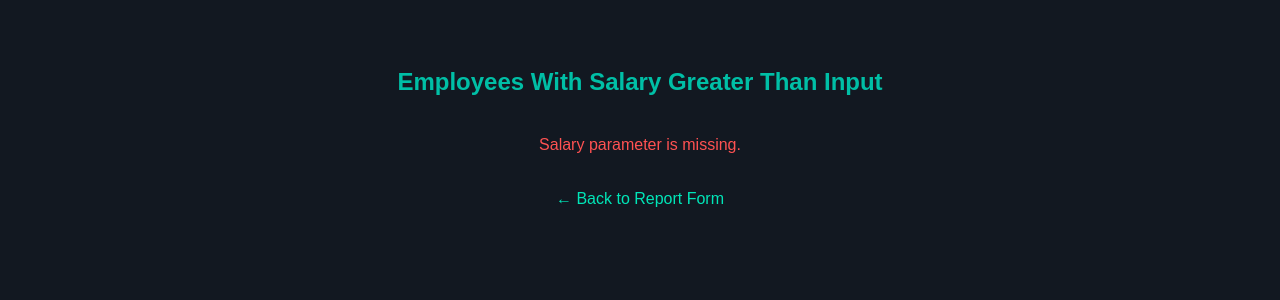
Repository: KUSUMA-74/Advance-JavaProject
Page: http://localhost/EmployeeWebApp/report_result.jsp
These files come from the project's save history. The page is drawn as it stood at one moment and after the next save; the edit follows.
The browser window is 1280 px wide. The pictures show the whole page.
The page is served by Tomcat 9. Other server files are loaded and not shown.

Above is the page before, as saved 2025-05-30 15:15:55.

### EmployeeWebApp/src/main/webapp/report_result.jsp
<%@ page contentType="text/html;charset=UTF-8" language="java" %>
<%@ page import="java.sql.*" %>
<!DOCTYPE html>
<html>
<head>
    <title>Employee Salary Report</title>
    <style>
        body {
            background-color: #121821;
            color: #e0e6e9;
            font-family: Arial, sans-serif;
            padding: 40px;
            display: flex;
            flex-direction: column;
            align-items: center;
        }
        h2 {
            color: #00bfa6;
        }
        table {
            border-collapse: collapse;
            width: 90%;
            background-color: #1e2a38;
            margin-top: 20px;
            box-shadow: 0 4px 12px rgba(0,0,0,0.3);
        }
        th, td {
            padding: 12px;
            text-align: center;
            border-bottom: 1px solid #2e3c50;
        }
        th {
            background-color: #00bfa6;
            color: black;
        }
        td {
            color: #e0e6e9;
        }
        a {
            margin-top: 20px;
            color: #00e6b8;
            text-decoration: none;
        }
        .error {
            margin-top: 20px;
            color: #ff5252;
        }
    </style>
</head>
<body>
    <h2>Employees With Salary Greater Than Input</h2>

<%
    String salaryStr = request.getParameter("salary");
    String dbURL = "jdbc:mysql://localhost:3306/employee_db?useSSL=false&serverTimezone=UTC";
    String dbUser = "root";
    String dbPass = ""; // Replace with your actual MySQL password

    if (salaryStr == null || salaryStr.trim().isEmpty()) {
%>
        <p class="error">Salary parameter is missing.</p>
<%
    } else {
        try {
            double salary = Double.parseDouble(salaryStr);
            Class.forName("com.mysql.cj.jdbc.Driver");
            Connection conn = DriverManager.getConnection(dbURL, dbUser, dbPass);
            String query = "SELECT * FROM employees WHERE bsalary > ?";
            PreparedStatement stmt = conn.prepareStatement(query);
            stmt.setDouble(1, salary);
            ResultSet rs = stmt.executeQuery();

            boolean recordsFound = false;

%>
    <table>
        <tr>
            <th>Emp No</th>
            <th>Name</th>
            <th>Date of Joining</th>
            <th>Gender</th>
            <th>Basic Salary</th>
        </tr>
<%
            while (rs.next()) {
                recordsFound = true;
%>
        <tr>
            <td><%= rs.getInt("empno") %></td>
            <td><%= rs.getString("empname") %></td>
            <td><%= rs.getDate("doj") %></td>
            <td><%= rs.getString("gender") %></td>
            <td><%= rs.getDouble("bsalary") %></td>
        </tr>
<%
            }

            if (!recordsFound) {
%>
        <tr>
            <td colspan="5" class="error">No employees found with salary greater than <%= salary %>.</td>
        </tr>
<%
            }

            rs.close();
            stmt.close();
            conn.close();

        } catch (NumberFormatException e) {
%>
        <p class="error">Invalid salary value provided.</p>
<%
        } catch (Exception e) {
%>
        <p class="error">Error: <%= e.getMessage() %></p>
<%
        }
    }
%>

    <a href="report_form.jsp">← Back to Report Form</a>
</body>
</html>

After the next save:
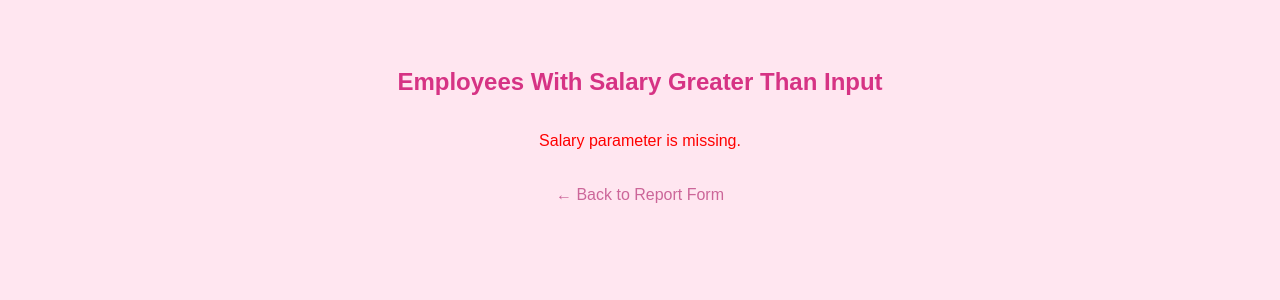
Saved 11 s later.
--- a/EmployeeWebApp/src/main/webapp/report_result.jsp
+++ b/EmployeeWebApp/src/main/webapp/report_result.jsp
@@ -3,11 +3,11 @@
 <!DOCTYPE html>
 <html>
 <head>
-    <title>Employee Salary Report</title>
+    <title>Salary Report</title>
     <style>
         body {
-            background-color: #121821;
-            color: #e0e6e9;
+            background-color: #ffe6f0;
+            color: #5a2a41;
             font-family: Arial, sans-serif;
             padding: 40px;
             display: flex;
@@ -15,35 +15,34 @@
             align-items: center;
         }
         h2 {
-            color: #00bfa6;
+            color: #d63384;
         }
         table {
             border-collapse: collapse;
             width: 90%;
-            background-color: #1e2a38;
+            background-color: #fff0f5;
             margin-top: 20px;
-            box-shadow: 0 4px 12px rgba(0,0,0,0.3);
+            box-shadow: 0 4px 12px rgba(0,0,0,0.2);
         }
         th, td {
             padding: 12px;
             text-align: center;
-            border-bottom: 1px solid #2e3c50;
+            border: 1px solid #ffb3d1;
         }
         th {
-            background-color: #00bfa6;
-            color: black;
+            background-color: #ff99cc;
+            color: white;
         }
         td {
-            color: #e0e6e9;
+            color: #5a2a41;
         }
         a {
             margin-top: 20px;
-            color: #00e6b8;
+            color: #cc6699;
             text-decoration: none;
         }
         .error {
-            margin-top: 20px;
-            color: #ff5252;
+            color: red;
         }
     </style>
 </head>
@@ -52,10 +51,6 @@
 
 <%
     String salaryStr = request.getParameter("salary");
-    String dbURL = "jdbc:mysql://localhost:3306/employee_db?useSSL=false&serverTimezone=UTC";
-    String dbUser = "root";
-    String dbPass = ""; // Replace with your actual MySQL password
-
     if (salaryStr == null || salaryStr.trim().isEmpty()) {
 %>
         <p class="error">Salary parameter is missing.</p>
@@ -63,15 +58,12 @@
     } else {
         try {
             double salary = Double.parseDouble(salaryStr);
-            Class.forName("com.mysql.cj.jdbc.Driver");
-            Connection conn = DriverManager.getConnection(dbURL, dbUser, dbPass);
-            String query = "SELECT * FROM employees WHERE bsalary > ?";
-            PreparedStatement stmt = conn.prepareStatement(query);
+            Connection conn = DriverManager.getConnection("jdbc:mysql://localhost:3306/employee_db", "root", "");
+            PreparedStatement stmt = conn.prepareStatement("SELECT * FROM employees WHERE bsalary > ?");
             stmt.setDouble(1, salary);
             ResultSet rs = stmt.executeQuery();
 
             boolean recordsFound = false;
-
 %>
     <table>
         <tr>
@@ -102,15 +94,7 @@
         </tr>
 <%
             }
-
-            rs.close();
-            stmt.close();
-            conn.close();
-
-        } catch (NumberFormatException e) {
-%>
-        <p class="error">Invalid salary value provided.</p>
-<%
+            rs.close(); stmt.close(); conn.close();
         } catch (Exception e) {
 %>
         <p class="error">Error: <%= e.getMessage() %></p>
@@ -118,7 +102,6 @@
         }
     }
 %>
-
     <a href="report_form.jsp">← Back to Report Form</a>
 </body>
 </html>
